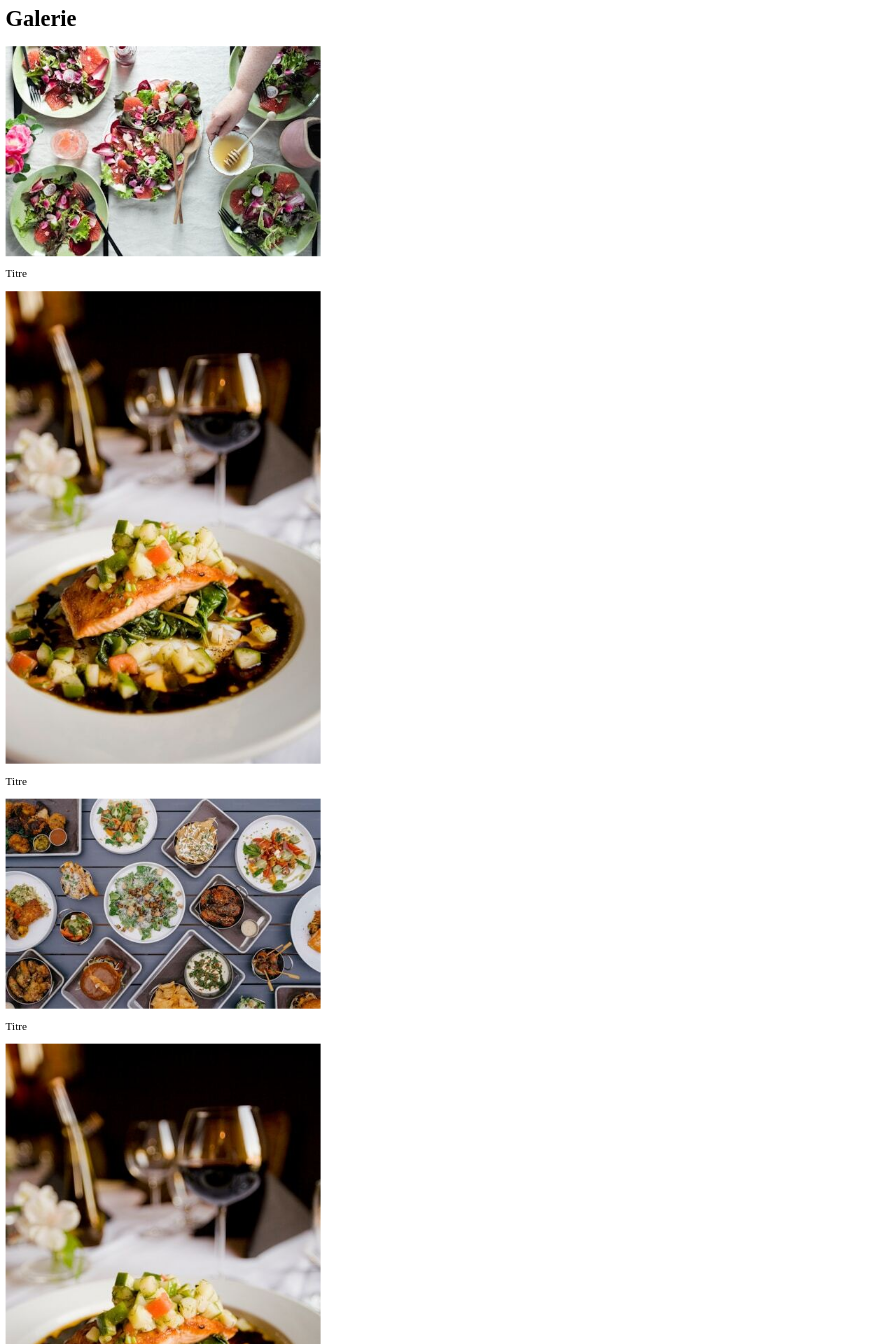
Repository: lemonhao9/QuaiAntiqueRestaurantFront
Page: pages/galerie.html
An editor plug-in stored every save of this project. The page is shown before and after the next save, followed by the edit.
The browser window is 1280 px wide. The pictures show the part of the page from y = 0 to 1920 px (the page is 2916 px tall before and 2166 px after), at 70% of full size.

Above is the page before, as saved 2025-01-23 15:20:24.

### pages/galerie.html
<div class="hero-scene text-center text-white">
    <div class="hero-scene-content">
            <h1>Galerie</h1>
    </div>
</div>

<div class="container">
    <div class="row row-cols-2 row-cols-lg-3">
        <div class="col p-3">
            <div class="image-card text-white">
                <img src="../images/platGalerie5.jpg" alt="platGalerie1" class="rounded w-100">
                <p class="titre-image">Titre</p>
            </div>
        </div>
        <div class="col p-3">
            <div class="image-card text-white">
                <img src="../images/platGalerie4.jpg" alt="platGalerie1" class="rounded w-100">
                <p class="titre-image">Titre</p>
            </div>
        </div>
        <div class="col p-3">
            <div class="image-card text-white">
                <img src="../images/platGalerie3.jpg" alt="platGalerie1" class="rounded w-100">
                <p class="titre-image">Titre</p>
            </div>
        </div>
        <div class="col p-3">
            <div class="image-card text-white">
                <img src="../images/platGalerie4.jpg" alt="platGalerie1" class="rounded w-100">
                <p class="titre-image">Titre</p>
            </div>
        </div>
        <div class="col p-3">
            <div class="image-card text-white">
                <img src="../images/platGalerie3.jpg" alt="platGalerie1" class="rounded w-100">
                <p class="titre-image">Titre</p>
            </div>
        </div>
        <div class="col p-3">
            <div class="image-card text-white">
                <img src="../images/platGalerie3.jpg" alt="platGalerie1" class="rounded w-100">
                <p class="titre-image">Titre</p>
            </div>
        </div>
    </div>
</div>

After the next save:
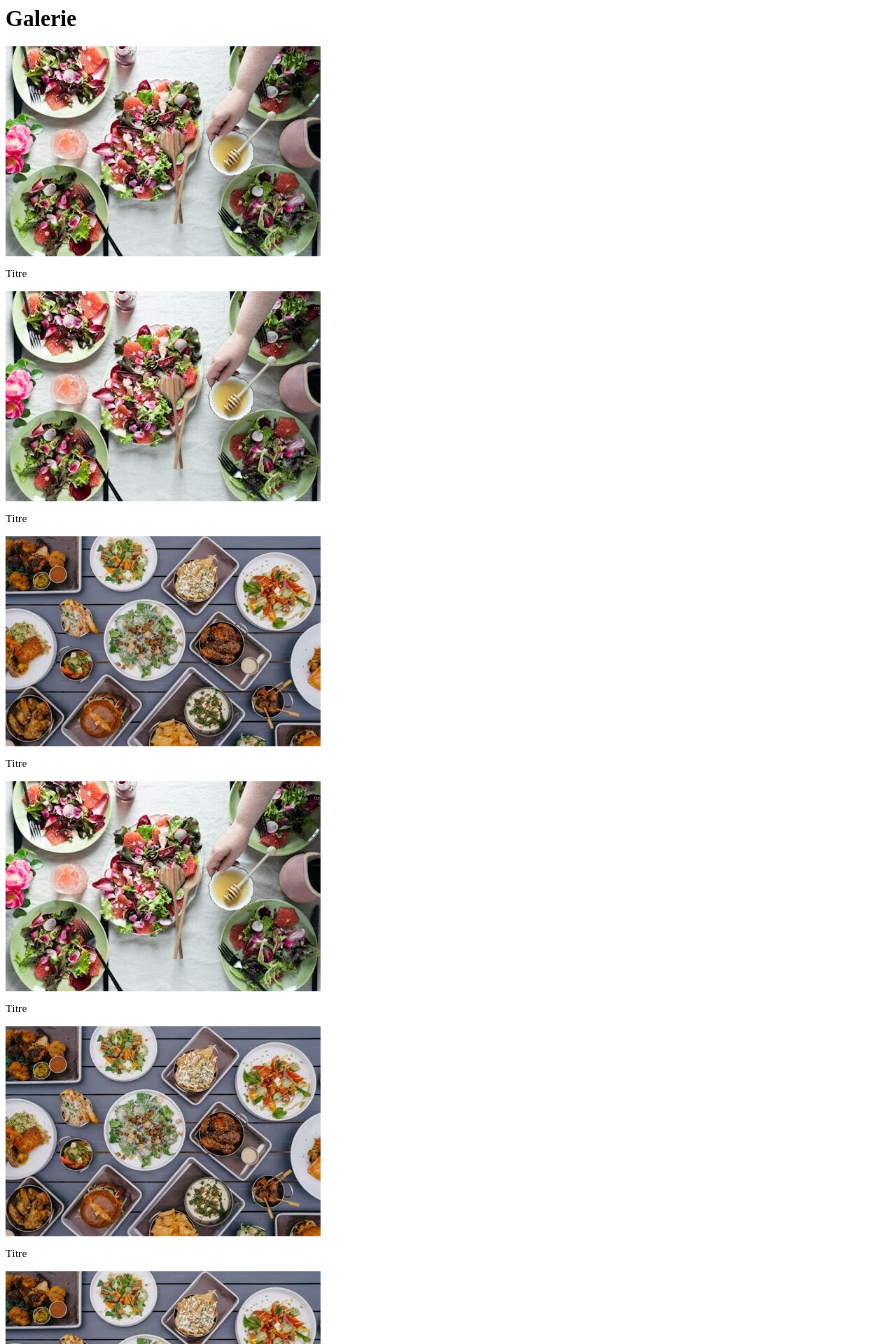
Saved 35 s later.
--- a/pages/galerie.html
+++ b/pages/galerie.html
@@ -14,7 +14,7 @@
         </div>
         <div class="col p-3">
             <div class="image-card text-white">
-                <img src="../images/platGalerie4.jpg" alt="platGalerie1" class="rounded w-100">
+                <img src="../images/platGalerie5.jpg" alt="platGalerie1" class="rounded w-100">
                 <p class="titre-image">Titre</p>
             </div>
         </div>
@@ -26,7 +26,7 @@
         </div>
         <div class="col p-3">
             <div class="image-card text-white">
-                <img src="../images/platGalerie4.jpg" alt="platGalerie1" class="rounded w-100">
+                <img src="../images/platGalerie5.jpg" alt="platGalerie1" class="rounded w-100">
                 <p class="titre-image">Titre</p>
             </div>
         </div>
